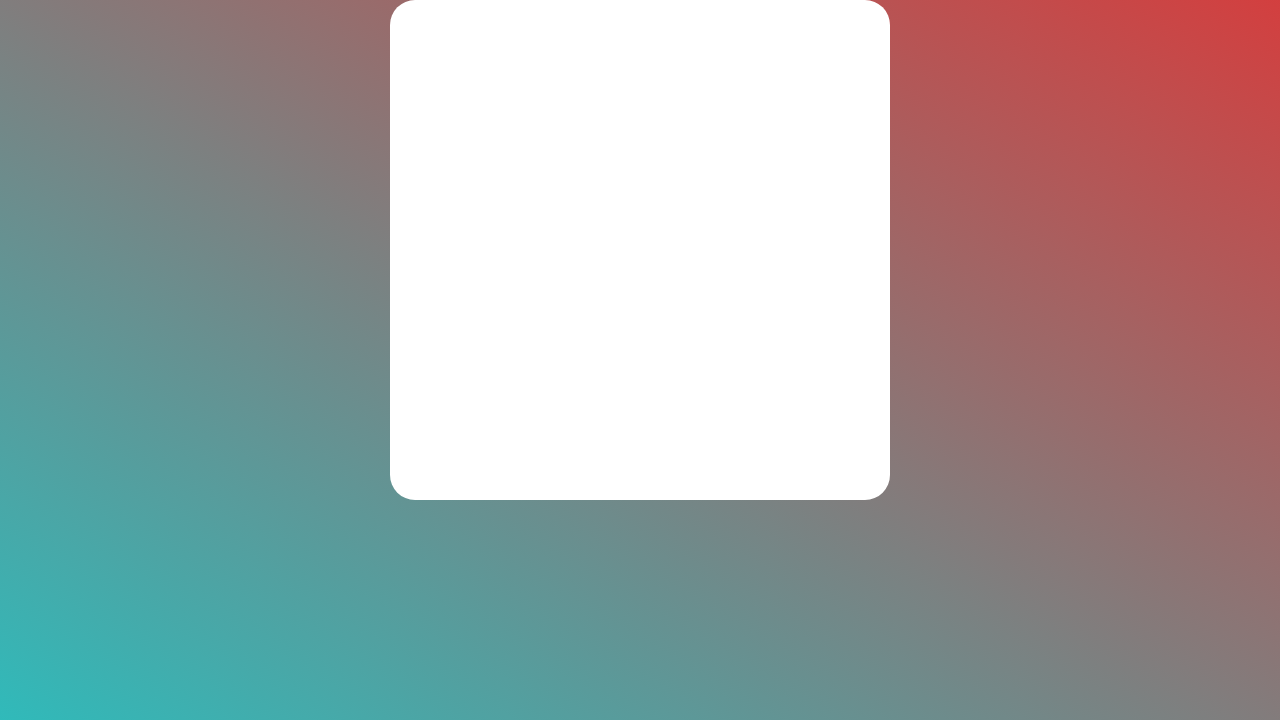
Repository: Lewisjohnward/kindle-clippings-to-cards
Page: /
These files come from the project's save history. The page is drawn as it stood at one moment and after a run of saves; the edit follows.
The browser window is 1280 px wide. The pictures show the whole page.
The project was rebuilt for these pictures with package versions that can differ from the ones it lists, and the page was loaded fresh each time.

Above is the page before, as saved 2021-10-28 20:25:52.

After the next 3 saves:
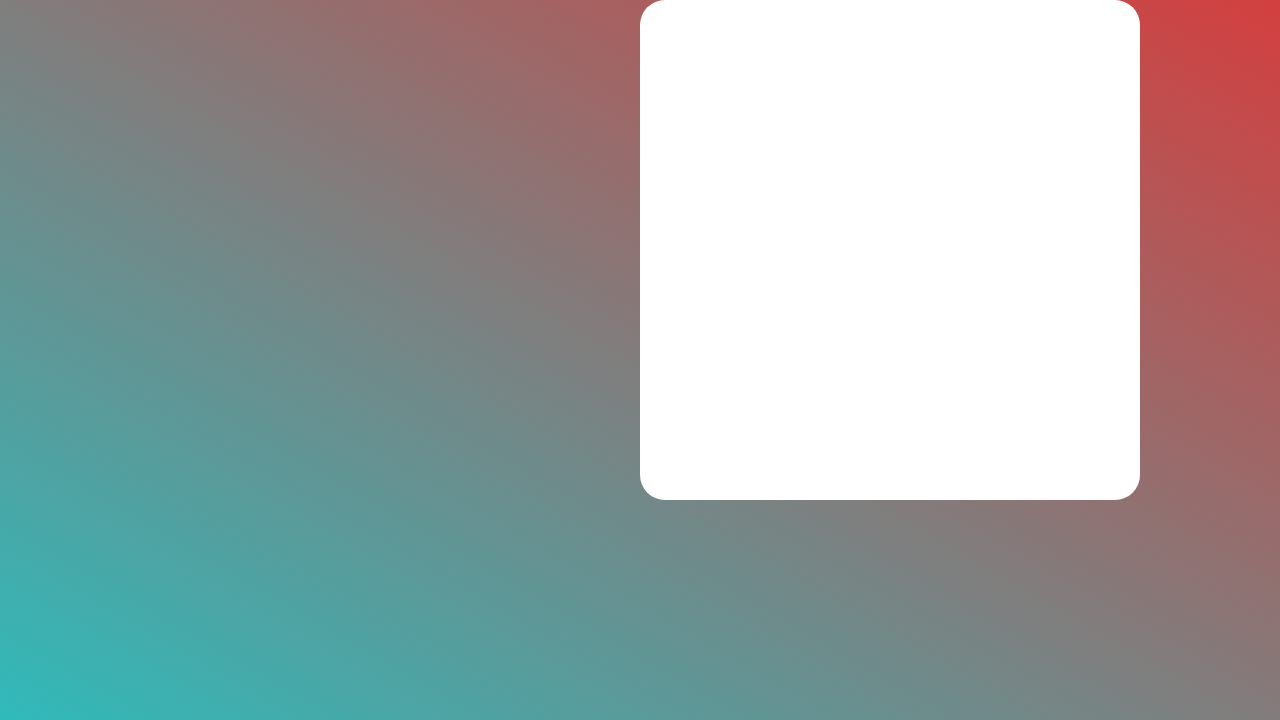
The 3 saves are shown as one change because they came seconds apart.
The last was saved 76 s later.
--- a/src/App.js
+++ b/src/App.js
@@ -6,9 +6,7 @@
     }
 
     body{
-        display: flex;
-        justify-content: center;
-        align-items: center;
+        position: relative;
         height: 100%;
         margin: 0;
         padding: 0;
@@ -23,6 +21,9 @@
 `;
 
 const MainContainer = styled.div`
+  position: absolute;
+  left: 50%;
+  top: 50%;
   width: 500px;
   height: 500px;
   border-radius: 25px;
